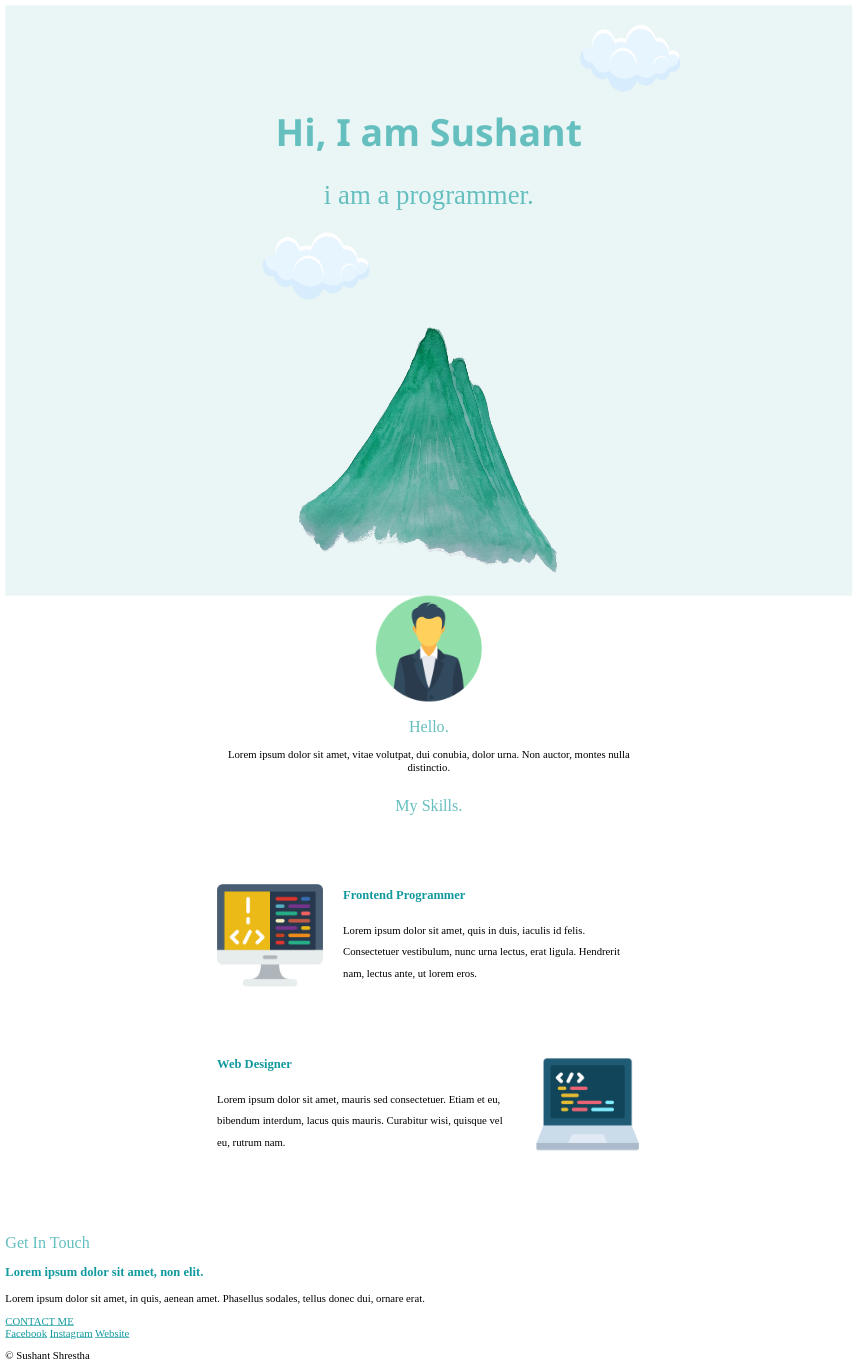
Repository: Sushant203/myPersonalSite
Page: index.html
The author's editor kept a copy of each file at every save. The page is drawn from the files as they stood at one save, then again after a run of saves.
The browser window is 1280 px wide. The pictures show the whole page, at 67% of full size.

Above is the page before, as saved 2022-12-13 18:58:08.

After the next 3 saves:
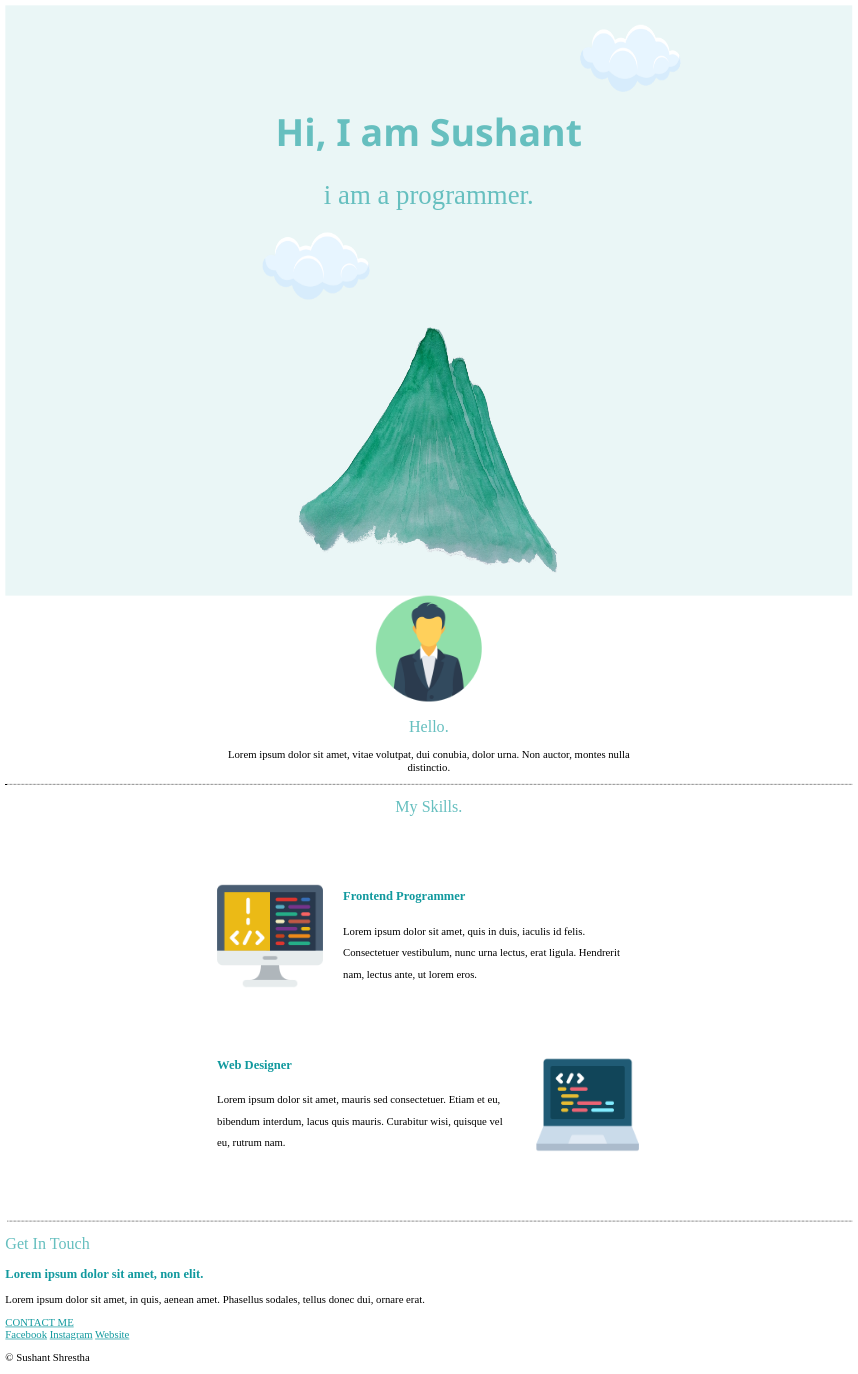
The 3 saves are shown as one change because they came seconds apart.
The last was saved 11 s later.
--- a/css/style.css
+++ b/css/style.css
@@ -79,7 +79,7 @@ h3,a{
 
 /* hr line css */
 hr{
-    border-style: none;
+    border-style: none none dotted;
 
 }
 
